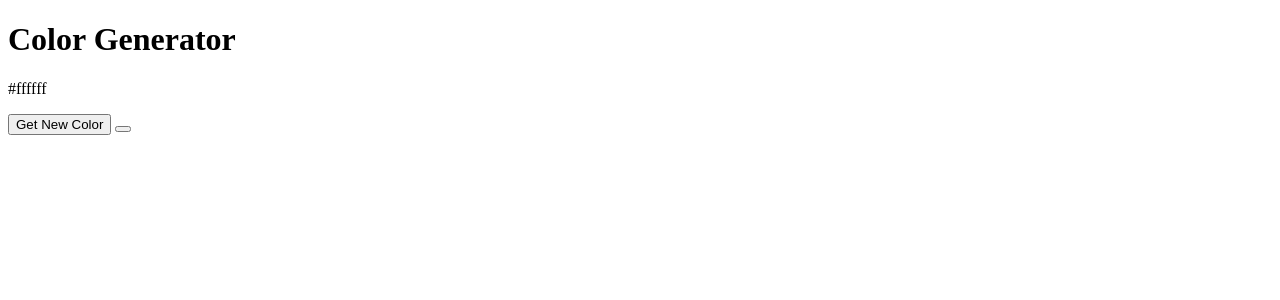
Repository: codimis/JSB-01-Color-Changer
Page: index.html
These files come from the project's save history. The page is drawn as it stood at one moment and after the next save; the edit follows.
The browser window is 1280 px wide. The pictures show the whole page.

Above is the page before, as saved 2021-09-17 01:29:30.

### index.html
<!DOCTYPE html>
<html lang="en">
<head>
    <meta charset="UTF-8">
    <meta http-equiv="X-UA-Compatible" content="IE=edge">
    <meta name="viewport" content="width=device-width, initial-scale=1.0">
    <title>Color Generator</title>
    <link rel="stylesheet" href="style.css" />
    <script defer src="color.js"></script>
</head>
<body>
    <div class="container">
        <h1>Color Generator</h1>
        <p id="currentColor">#ffffff</p>
        <button id="pickColor">Get New Color</button>
        <button id="copyColor"></button></div>
</body>
</html>

Loaded but not shown: style.css (no copy from this time; the picture is the same without it); color.js (no stored copy; drawn as an empty file)

After the next save:
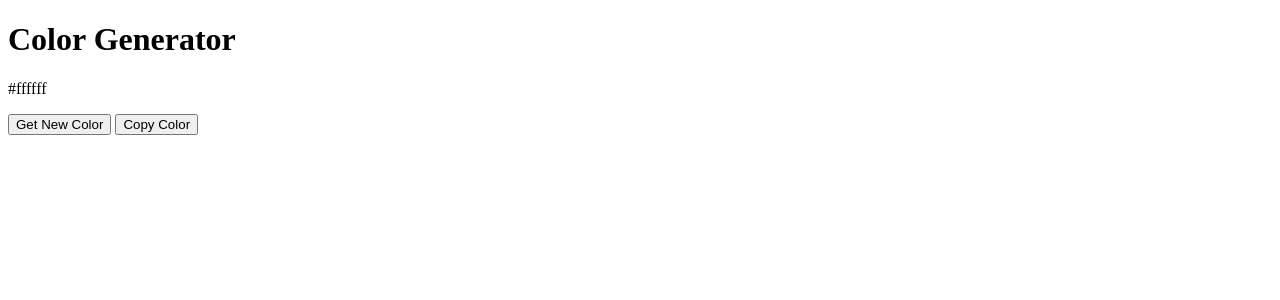
Saved 14 s later.
--- a/index.html
+++ b/index.html
@@ -12,7 +12,7 @@
     <div class="container">
         <h1>Color Generator</h1>
         <p id="currentColor">#ffffff</p>
-        <button id="pickColor">Get New Color</button>
-        <button id="copyColor"></button></div>
+        <button id="pickColor" >Get New Color</button>
+        <button id="copyColor">Copy Color</button></div>
 </body>
 </html>
